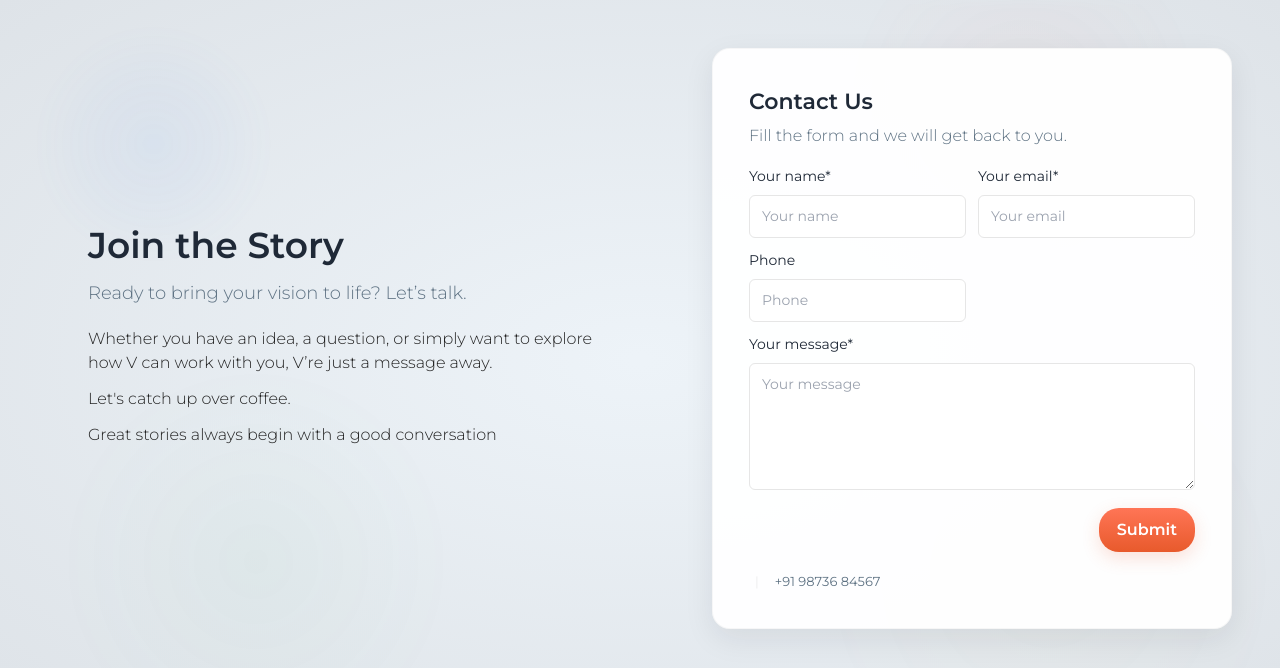
Repository: ritesh1711/ez-contact-form
Page: /
These files come from the project's save history. The page is drawn as it stood at one moment and after the next save; the edit follows.
The browser window is 1280 px wide. The pictures show the whole page.
The project was rebuilt for these pictures with package versions that can differ from the ones it lists, and the page was loaded fresh each time. Also part of the build but not shown: vite.config.js.

Above is the page before, as saved 2025-11-09 22:33:47.

After the next save:
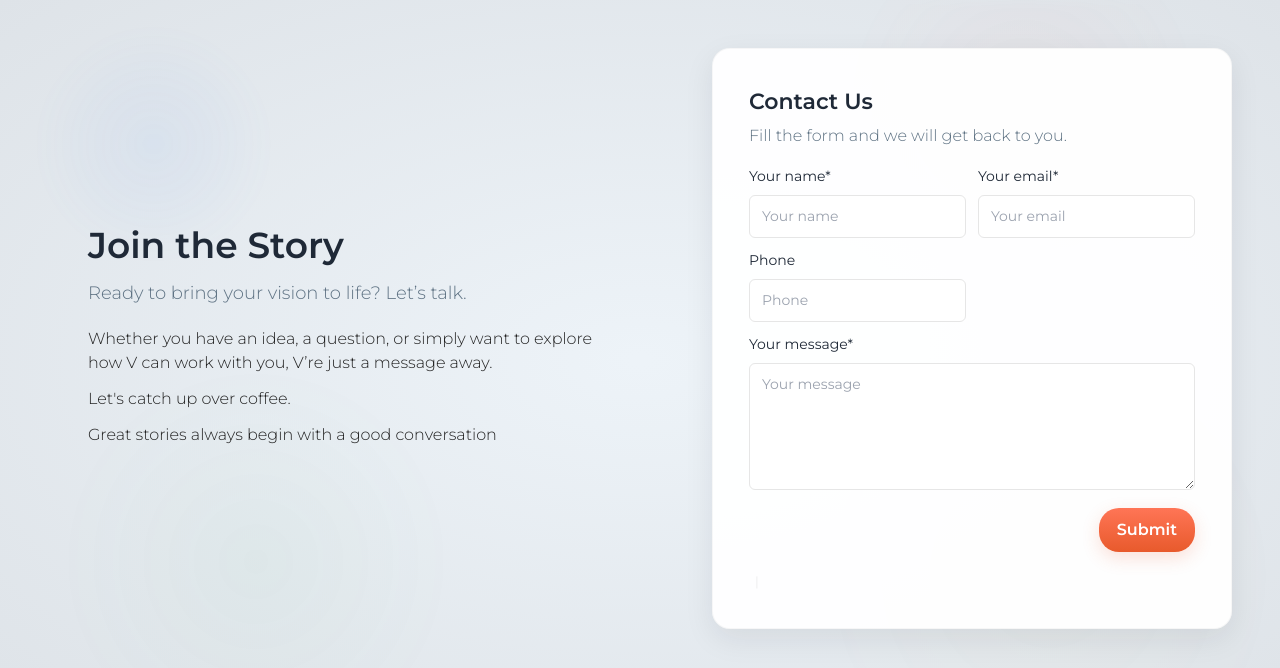
Saved 10 s later.
--- a/src/components/ContactForm.jsx
+++ b/src/components/ContactForm.jsx
@@ -292,7 +292,7 @@ function ContactForm() {
             <div className="contact-footer">
 
               <span className="sep">|</span>
-              <span>+91 98736 84567</span>
+
             </div>
           </div>
         </div>
